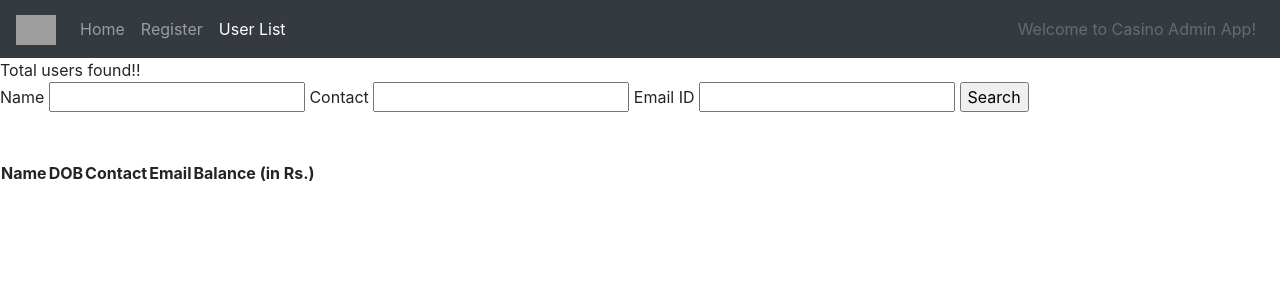
Repository: piyushrulesyou/CasinoGameApplication
Page: http://localhost/adminPanel/UsersList.jsp
An editor plug-in stored every save of this project. The page is shown before and after a run of saves, followed by the edit.
The browser window is 1280 px wide. The pictures show the whole page.
Pictures or frames that could not be fetched are drawn as grey boxes. The page is served by Tomcat 9. Nobody is signed in. The application's start-up code is not run.

Above is the page before, as saved 2019-11-01 05:53:32.

After the next 2 saves:
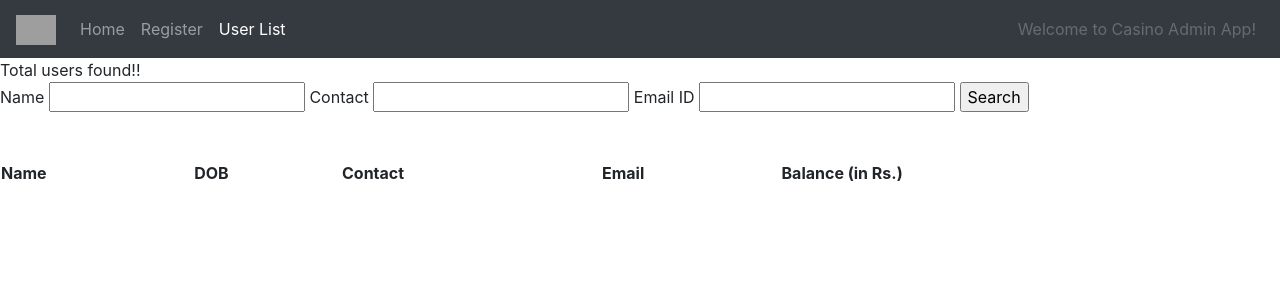
The 2 saves are shown as one change because they came seconds apart.
The last was saved 3 min 9 s later.
--- a/AdminPanel/adminPanel/src/main/webapp/UsersList.jsp
+++ b/AdminPanel/adminPanel/src/main/webapp/UsersList.jsp
@@ -63,7 +63,7 @@
 
 	<c:if test="${listOfUsers.size() != 0}">
 
-		<table class="w3-table-all w3-centered">
+		<table width="100%" class="w3-table-all w3-centered">
 			<tr>
 				<th>Name</th>
 				<th>DOB</th>
